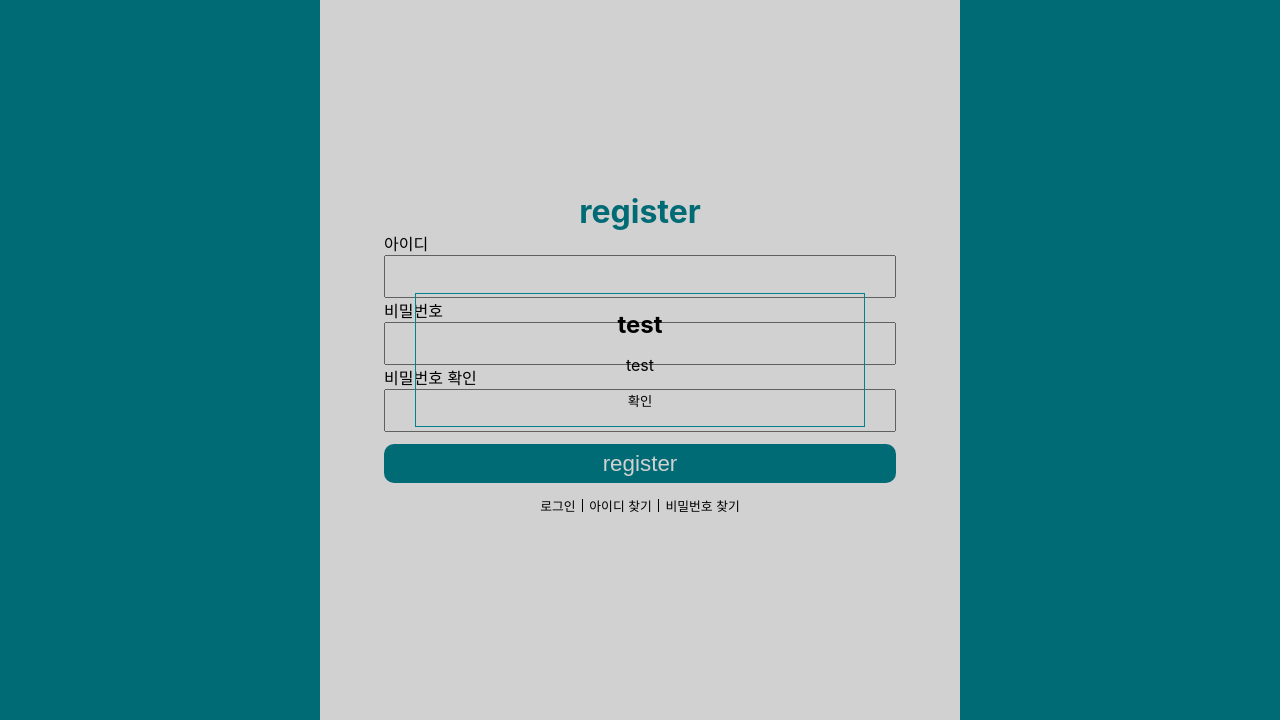
Repository: SeungYn/ticktickup-client
Page: /register
These files come from the project's save history. The page is drawn as it stood at one moment and after the next save; the edit follows.
The browser window is 1280 px wide. The pictures show the whole page.
The project was rebuilt for these pictures with package versions that can differ from the ones it lists, and the page was loaded fresh each time. Also part of the build but not shown: src/App.tsx, src/pages/Main.tsx, src/pages/TimeDetail.tsx, src/pages/MyInfo.tsx, src/containers/auth/LoginFormContainer.tsx, src/pages/LoginPage.tsx.

Above is the page before, as saved 2023-01-04 00:20:16.

### src/index.tsx
import React from 'react';
import ReactDOM from 'react-dom/client';
import { createBrowserRouter, RouterProvider } from 'react-router-dom';

import './index.css';
import App from './App';
import Main from './pages/Main';
import TimeDetail from './pages/TimeDetail';
import MyInfo from './pages/MyInfo';
import LoginContainer from './pages/LoginPage';
import RegisterPage from './pages/RegisterPage';
import { Provider } from 'react-redux';
import { store } from './modules';
import { ThemeProvider } from 'styled-components';

const root = ReactDOM.createRoot(
  document.getElementById('root') as HTMLElement
);

const router = createBrowserRouter([
  {
    path: '/',
    element: <App />,
    children: [
      { index: true, element: <Main /> },
      {
        path: 'TimeDetail',
        element: <TimeDetail />,
      },
      {
        path: 'Myinfo',
        element: <MyInfo />,
      },
    ],
  },
  {
    path: 'Login',
    element: <LoginContainer />,
  },
  {
    path: 'register',
    element: <RegisterPage />,
  },
]);

root.render(
  <Provider store={store}>
    <ThemeProvider theme={{ color: '#00838f' }}>
      <RouterProvider router={router}></RouterProvider>
    </ThemeProvider>
  </Provider>
);

### src/index.css
* {
  box-sizing: border-box;
}

html {
  height: 100%;
  width: 100%;
}

body {
  margin: 0;
  font-family: -apple-system, BlinkMacSystemFont, 'Segoe UI', 'Roboto', 'Oxygen',
    'Ubuntu', 'Cantarell', 'Fira Sans', 'Droid Sans', 'Helvetica Neue',
    sans-serif;
  -webkit-font-smoothing: antialiased;
  -moz-osx-font-smoothing: grayscale;
  height: 100%;
  width: 100%;
}

code {
  font-family: source-code-pro, Menlo, Monaco, Consolas, 'Courier New',
    monospace;
}

#root {
  height: 100%;
  width: 100%;
  background-color: #00838f;
  display: flex;
  justify-content: center;
}

input {
  outline: none;
}

h1,
h2 {
  margin: 0;
}

button {
  outline: none;
  background: none;
  border: none;
  cursor: pointer;
  padding: 0;
}

a {
  text-decoration: none;
  color: black;
}

a:visited {
  color: black;
}

### src/pages/RegisterPage.tsx
import React from 'react';
import RegisterFormContainer from '../containers/auth/RegisterFormContainer';

export default function RegisterPage() {
  const onSubmit = (e: React.FormEvent<HTMLFormElement>) => {
    e.preventDefault();
    console.log('submit');
  };
  return <RegisterFormContainer />;
}

### src/modules/index.ts
import { configureStore } from '@reduxjs/toolkit';
import authReducer from './auth';
import loadingReducer from './Loading';

export const store = configureStore({
  reducer: { auth: authReducer, loading: loadingReducer },
});
export type RootState = ReturnType<typeof store.getState>;
export type AppDispatch = typeof store.dispatch;

### src/containers/auth/RegisterFormContainer.tsx
import React from 'react';
import { useDispatch, useSelector } from 'react-redux';
import AuthForm from '../../components/auth/AuthForm';
import { AppDispatch, RootState } from '../../modules';
import { authRegister, changeField } from '../../modules/auth';

export default function RegisterFormContainer() {
  const { register, authError } = useSelector((state: RootState) => state.auth);
  const { loading } = useSelector((state: RootState) => state);
  const dispatch = useDispatch<AppDispatch>();
  const onSubmit = async (e: React.FormEvent<HTMLFormElement>) => {
    e.preventDefault();
    console.log('submit');

    const test = await dispatch(
      authRegister({ username: register.username, password: register.password })
    );
    console.log(test);
  };

  const onChange = (e: React.ChangeEvent<HTMLInputElement>) => {
    const { name, value } = e.target;
    dispatch(changeField({ form: 'register', name, value }));
  };
  console.log(authError);
  return (
    <AuthForm
      type={'register'}
      form={register}
      onChange={onChange}
      onSubmit={onSubmit}
      loading={loading.loading}
      passwordMatch={register.passwordMatch}
      authError={authError}
    />
  );
}

### src/modules/auth.ts
import { AxiosError, AxiosResponse } from 'axios';
import {
  createAsyncThunk,
  createSlice,
  current,
  PayloadAction,
} from '@reduxjs/toolkit';
import { AppDispatch } from '.';
import AuthService from '../service/authService';
import { finishLoading, startLoading } from './Loading';

const authService = AuthService.getHttpInstance();

export interface AuthSuccessResponse {
  username: string;
  token: string;
}

export interface AuthFailResponse {
  error: string;
}

export type Register = {
  username: string;
  password: string;
  passwordConfirm: string;
  passwordMatch: boolean;
  [key: string]: string | boolean;
};

export type Login = {
  username: string;
  password: string;
  [key: string]: string;
};

export const authRegister = createAsyncThunk<
  { token: string; username: string },
  { username: string; password: string },
  {
    rejectValue: AuthFailResponse;
    dispatch: AppDispatch;
  }
>('auth/REGISTER', async (form, thunkAPI) => {
  console.log('async');
  console.log(thunkAPI);
  thunkAPI.dispatch(startLoading());
  try {
    const res = (await authService.signup(
      form.username,
      form.password
    )) as AxiosResponse;

    return res.data;
  } catch (e) {
    //todo 에러메세지 가져오기

    return thunkAPI.rejectWithValue({ error: String(e) });
  } finally {
    thunkAPI.dispatch(finishLoading());
  }
});

export const authLogin = createAsyncThunk(
  'auth/LOGIN',
  async (form: Login, thunkAPI) => {
    thunkAPI.dispatch(startLoading());
    try {
      return { payload: { token: '123', username: '123' } };
    } catch (e) {
      return thunkAPI.rejectWithValue({ error: '123' });
    } finally {
      thunkAPI.dispatch(finishLoading());
    }
  }
);

interface InitialAuthFormState {
  register: Register;
  login: Login;
  authError: string | null | undefined;
  authDuplicateError: string | null;
  auth: null | { [key: string]: string };
}

const initialAuthFormState: InitialAuthFormState = {
  register: {
    username: '',
    password: '',
    passwordConfirm: '',
    passwordMatch: true,
  },

  login: {
    username: '',
    password: '',
  },
  authError: null,
  authDuplicateError: null,
  auth: null,
};

const authSlice = createSlice({
  name: 'authForm',
  initialState: initialAuthFormState,
  reducers: {
    changeField: (
      state,
      {
        payload,
      }: PayloadAction<{
        form: 'login' | 'register';
        value: string;
        name: string;
      }>
    ) => {
      const { form, name, value } = payload;

      state[form][name] = value;
      if (form === 'register') {
        if (state[form].password !== state[form].passwordConfirm)
          state[form].passwordMatch = false;
        else state[form].passwordMatch = true;
      }
    },
    initialForm: (
      state,
      { payload }: PayloadAction<{ form: 'login' | 'register' }>
    ) => {
      const { form } = payload;
      if (form === 'login') state[form] = initialAuthFormState[form];
      else state[form] = initialAuthFormState[form];
    },
  },
  extraReducers: (builder) => {
    builder
      .addCase(authRegister.pending, (state, action) => {
        state.authError = null;
        console.log('pending auth');
      })
      .addCase(authRegister.fulfilled, (state, action) => {
        state.auth = action.payload;
        console.log('fulfilled auth');
      })
      .addCase(authRegister.rejected, (state, action) => {
        state.authError = action.payload?.error;
      })
      .addCase(authLogin.pending, (state, action) => {
        console.log('pending');
      })
      .addCase(authLogin.fulfilled, (state, action) => {
        console.log('fulfilled');
      })
      .addCase(authLogin.rejected, (state, action) => {
        console.log('rejected');
      });
  },
});

export const { changeField, initialForm } = authSlice.actions;

export default authSlice.reducer;

### src/modules/Loading.ts
import { createSlice } from '@reduxjs/toolkit';

const loadingSlice = createSlice({
  name: 'loading',
  initialState: { loading: false },
  reducers: {
    startLoading: (state) => {
      console.log('startLoading');
      state.loading = true;
    },
    finishLoading: (state) => {
      state.loading = false;
    },
  },
});

export const { startLoading, finishLoading } = loadingSlice.actions;
export default loadingSlice.reducer;

### src/components/auth/AuthForm.tsx
import styles from './authForm.modue.scss';
import classNames from 'classnames';
import AuthBtn from '../common/AuthBtn';
import { Link } from 'react-router-dom';
import { Login, Register } from '../../modules/auth';
import { AppDispatch } from '../../modules';
import React from 'react';
import { css } from 'styled-components';
import ConfirmModal from '../common/ConfirmModal';
const cx = classNames.bind(styles);
interface AuthFormType {
  type: string;
  form: Login | Register;
  loading?: boolean;
  passwordMatch?: boolean;
  onSubmit: (e: React.FormEvent<HTMLFormElement>) => void;
  onChange: (e: React.ChangeEvent<HTMLInputElement>) => void;
  authError?: null | string;
}

export default function AuthForm({
  type,
  form,
  onChange,
  onSubmit,
  loading,
  passwordMatch,
  authError,
}: AuthFormType) {
  console.log(passwordMatch);
  return (
    <>
      {true && (
        <ConfirmModal
          title='test'
          content='test'
          callback={() => {}}
        ></ConfirmModal>
      )}
      <form className={cx('form')} onSubmit={onSubmit}>
        <h1>{type}</h1>
        <label htmlFor='username'>
          아이디
          <input
            type='text'
            name='username'
            onChange={onChange}
            value={form.username}
            required
          />
        </label>

        <label htmlFor='password'>
          비밀번호
          <input
            type='password'
            name='password'
            onChange={onChange}
            value={form.password}
            required
          />
        </label>

        {type === 'register' && (
          <label htmlFor='password' id='label-last'>
            <div>
              <span>비밀번호 확인</span>{' '}
              {!passwordMatch && (
                <span className={cx({ passwordNotMatch: !passwordMatch })}>
                  비밀번호를 확인해 주세요
                </span>
              )}
            </div>
            <input
              type='password'
              name='passwordConfirm'
              value={form.passwordConfirm}
              onChange={onChange}
              required
            />
          </label>
        )}
        {authError && <span style={{ color: 'red' }}>{authError}</span>}
        <AuthBtn title={type} />

        <div className={cx('footer')}>
          {type === 'login' ? (
            <Link to='/register' className={cx('footerBtn')}>
              회원가입
            </Link>
          ) : (
            <Link to='/login' className={cx('footerBtn')}>
              로그인
            </Link>
          )}
          <span className={cx('gap')}></span>
          <button className={cx('footerBtn')}>아이디 찾기</button>
          <span className={cx('gap')}></span>
          <button className={cx('footerBtn')}>비밀번호 찾기</button>
        </div>
      </form>
    </>
  );
}

### src/service/authService.ts
import { AxiosPromise, AxiosResponse } from 'axios';
import Http, { HttpInterface } from '../network/http';
export default class AuthService {
  private static instance: AuthService;

  private constructor(private http: HttpInterface) {}

  async signup(username: string, password: string) {
    const data = await this.http.fetch('/auth/signup', {
      method: 'POST',
      data: JSON.stringify({ username, password }),
    });
    console.log('data', data);
    return data;
  }

  public static getHttpInstance() {
    if (!AuthService.instance) {
      AuthService.instance = new AuthService(Http.getHttpInstance());
    }
    return AuthService.instance;
  }
}

### src/components/auth/authForm.modue.scss
@import '../../styles/utils.scss';

.form {
  width: 50%;
  min-width: 500px;
  height: 100%;
  display: flex;
  flex-direction: column;
  justify-content: center;
  align-items: center;
  background-color: $backgroundColor;
  padding: 0 4rem;

  & > *:not(label) {
    margin-bottom: 0.8rem;
  }

  & #label-last {
    margin-bottom: 0.8rem;
  }

  & > h1 {
    margin: 0;
    color: $main-color;
  }

  & input {
    font-size: 1.4rem;
    padding: 0.4rem 0;
  }

  & label {
    width: 100%;
    display: flex;
    flex-direction: column;
  }
}

.footer {
  display: flex;
  align-items: center;
}

.gap {
  display: inline-block;
  height: 0.8rem;
  border-left: 1px solid black;
}

.footerBtn {
  font-size: 0.8rem;
  padding: 0 0.4rem;
}

.passwordNotMatch {
  color: red;
}

@media (max-width: 800px) {
  .form {
  }
}

### src/components/common/AuthBtn.tsx
import styled from 'styled-components';

interface AuthBtnType {
  title: string;
}

const StyledInput = styled.button`
  width: 100%;

  font-size: 1.4rem;
  border: none;
  background: #00838f;
  border-radius: 10px;
  padding: 0.4rem 0;
  color: white;
  &:hover {
    cursor: pointer;
  }
`;

export default function AuthBtn({ title }: AuthBtnType) {
  return <StyledInput>{title}</StyledInput>;
}

### src/components/common/ConfirmModal.tsx
import styled from 'styled-components';

interface ModalType {
  title: string;
  content: string;
  callback: () => void;
}

export default function ConfirmModal({ title, content, callback }: ModalType) {
  return (
    <ModalContainer>
      <ModalContent>
        <h2>{title}</h2>
        <p>{content}</p>
        <button onClick={callback}>확인</button>
      </ModalContent>
    </ModalContainer>
  );
}

const ModalContainer = styled.div`
  width: 100%;
  height: 100%;
  position: fixed;
  background-color: rgba(0, 0, 0, 0.18);
  display: flex;
  justify-content: center;
  align-items: center;
`;

const ModalContent = styled.div`
  width: 450px;
  padding: 1rem;
  display: flex;
  flex-direction: column;
  justify-content: center;
  align-items: center;
  border: 1px solid ${(props) => props.theme.color};
  .test {
    background: black;
  }
`;

### src/network/http.ts
import axios, {
  AxiosError,
  AxiosInstance,
  AxiosInterceptorOptions,
  AxiosRequestConfig,
  AxiosResponse,
} from 'axios';

export interface HttpInterface {
  fetch: (
    url: string,
    options: AxiosRequestConfig
  ) => Promise<AxiosResponse | AxiosError>;
}

export default class Http implements HttpInterface {
  private static instance: Http;
  private readonly client: AxiosInstance;
  private constructor(baseURL: string) {
    this.client = axios.create({
      baseURL: baseURL,
      withCredentials: true,
    });
  }

  async fetch(
    url: string,
    options: AxiosRequestConfig
  ): Promise<AxiosResponse> {
    this.client.defaults.headers.post['Content-Type'] = 'application/json';
    const { data, method, headers } = options;
    const request = {
      url,
      method,
      headers: {
        ...headers,
      },
      data,
    };
    let res: AxiosResponse;

    try {
      res = await this.client(request);
      return res;
    } catch (e) {
      if (axios.isAxiosError(e)) {
        const message = e.response?.data?.message;
        if (message) {
          throw new Error(message);
        }
      }
      throw new Error('Connect Error');
    }
  }
  public static getHttpInstance() {
    if (!Http.instance) {
      Http.instance = new Http(process.env.REACT_APP_BASE_URL as string);
    }
    return Http.instance;
  }
}

const a: HttpInterface = Http.getHttpInstance();

### src/styles/utils.scss
@import '~include-media/dist/include-media';

$red: #fa5252;
$orange: #fd7e14;
$yellow: #fcc419;
$green: #40c057;
$blue: #339af0;
$indigo: #5c7cfa;
$violet: #7950f2;
$backgroundColor: white;
$main-color: #00838f;
$font-size-medium: 1.2rem;
@mixin square($size) {
  $calculated: 32px * $size;
  width: $calculated;
  height: $calculated;
}

Loaded but not shown: public/index.html (common file)

After the next save:
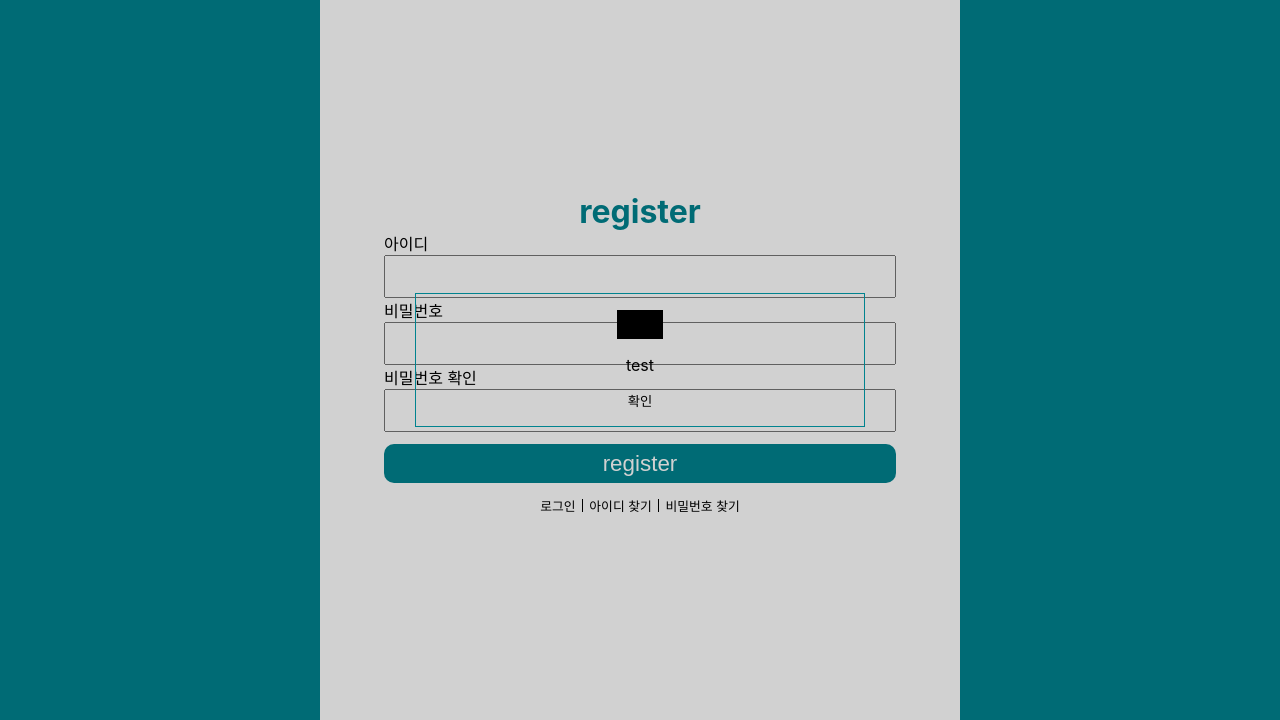
Saved 12 s later.
--- a/src/components/common/ConfirmModal.tsx
+++ b/src/components/common/ConfirmModal.tsx
@@ -10,7 +10,7 @@
   return (
     <ModalContainer>
       <ModalContent>
-        <h2>{title}</h2>
+        <h2 className={'test'}>{title}</h2>
         <p>{content}</p>
         <button onClick={callback}>확인</button>
       </ModalContent>

After the save that followed:
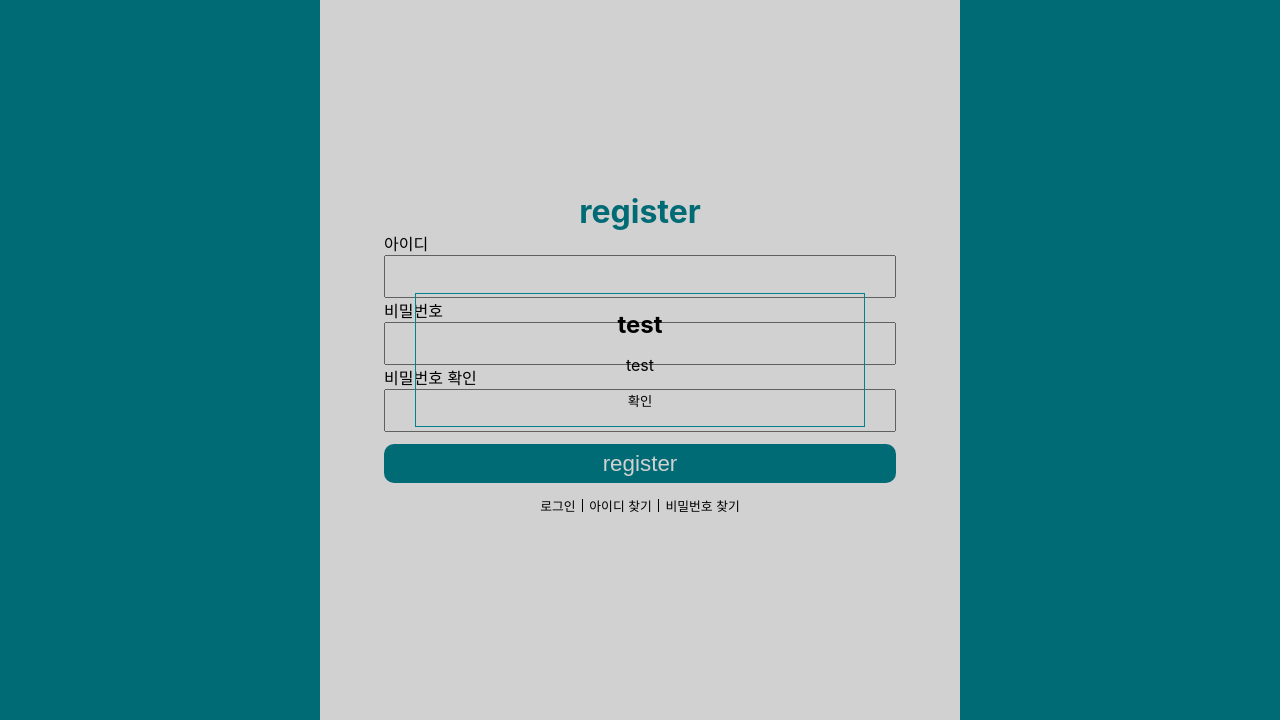
Saved 18 s later.
--- a/src/components/common/ConfirmModal.tsx
+++ b/src/components/common/ConfirmModal.tsx
@@ -10,7 +10,7 @@
   return (
     <ModalContainer>
       <ModalContent>
-        <h2 className={'test'}>{title}</h2>
+        <h2>{title}</h2>
         <p>{content}</p>
         <button onClick={callback}>확인</button>
       </ModalContent>
